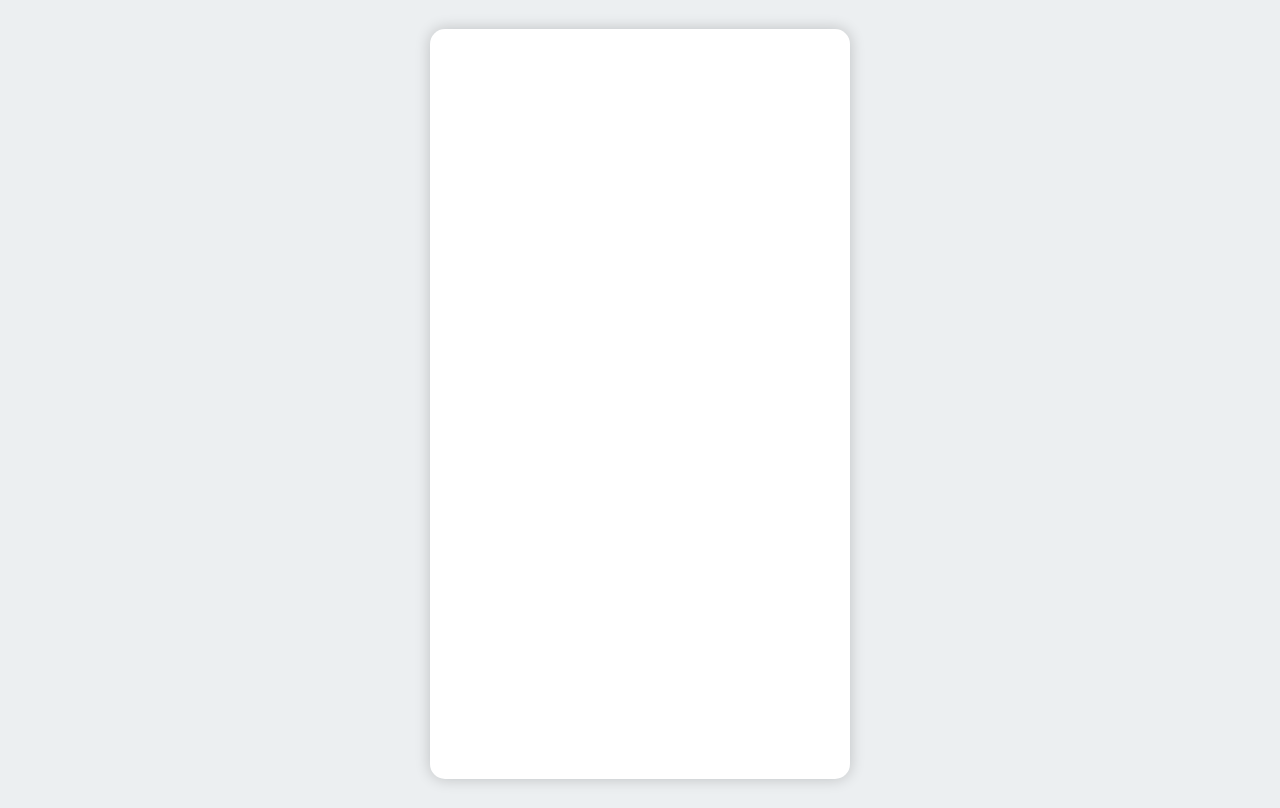
Repository: nt269782-web/Offline-ChatBot
Page: front.html
An editor plug-in stored every save of this project. The page is shown before and after a run of saves, followed by the edit.
The browser window is 1280 px wide. The pictures show the whole page.

Above is the page before, as saved 2026-07-07 15:07:18.

After the next 2 saves:
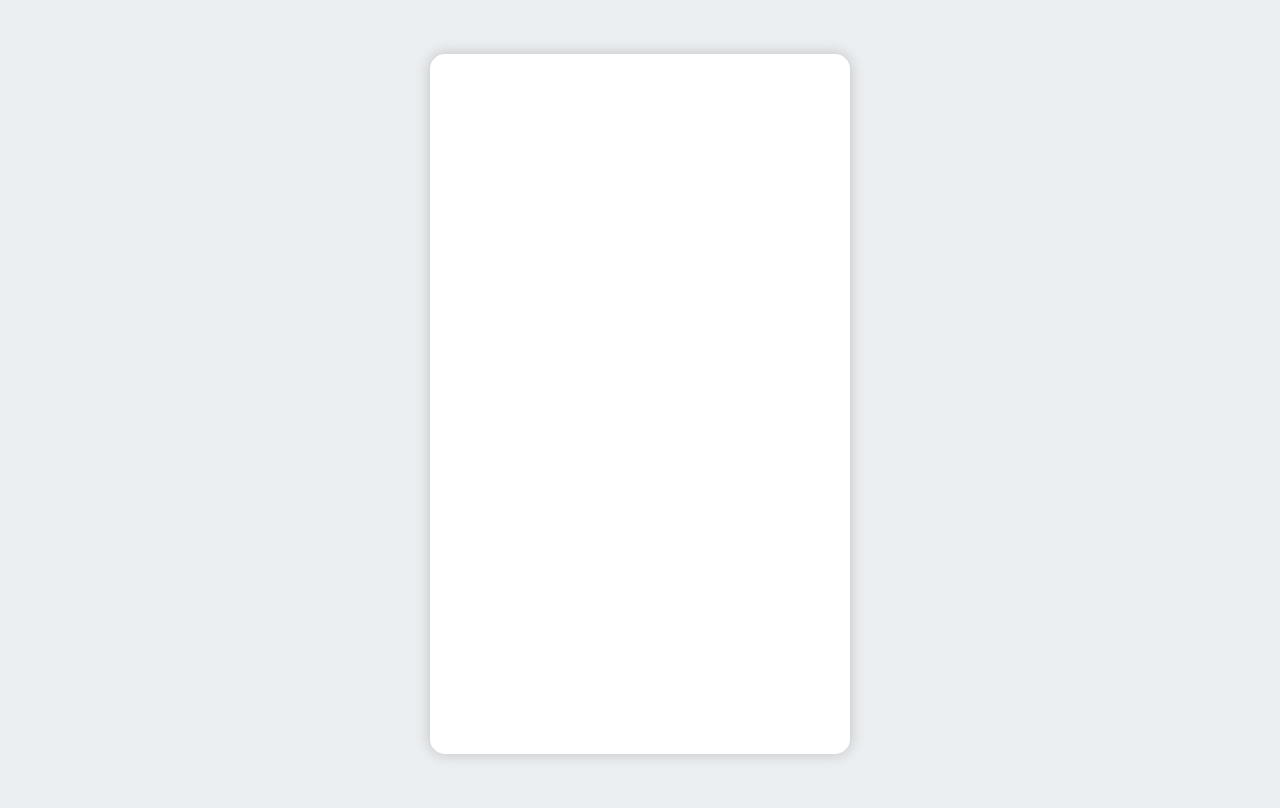
The 2 saves are shown as one change because they came seconds apart.
The last was saved 12 s later.
--- a/front.html
+++ b/front.html
@@ -14,7 +14,7 @@
         }
         .chat-container {
             width: 420px;
-            height: 750px;
+            height: 700px;
             overflow: hidden;
             background:#fff;
             border-radius:15px;
